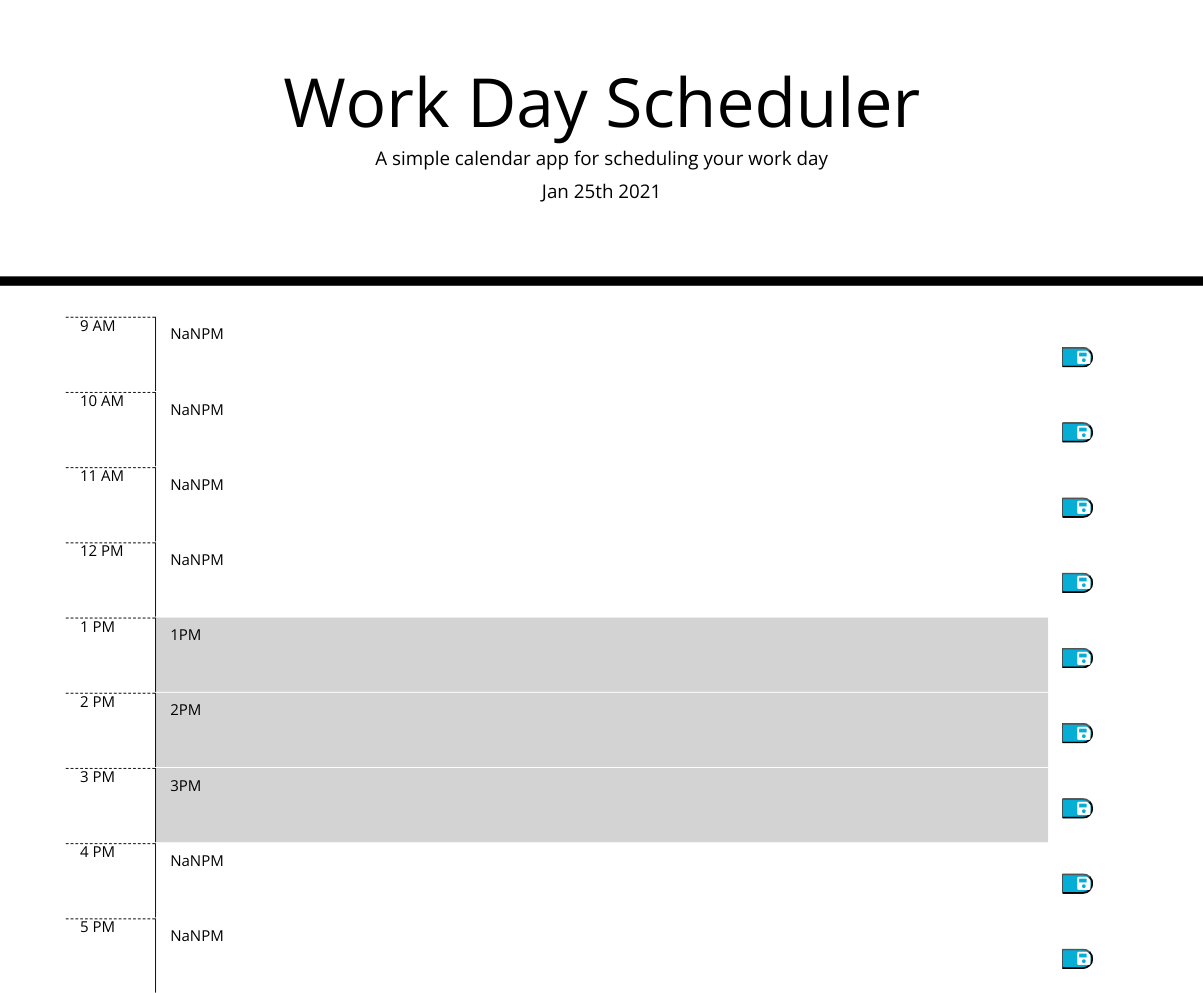
Repository: UPye/workDayScheduler
Page: index.html
The author's editor kept a copy of each file at every save. The page is drawn from the files as they stood at one save, then again after a run of saves.
The browser window is 1280 px wide. The pictures show the whole page, at 94% of full size.
Some web libraries are served in a nearby version.

Above is the page before, as saved 2021-01-25 21:59:43.

### index.html
<!DOCTYPE html>
<html lang="en">
  <head>
    <meta charset="UTF-8" />
    <meta name="viewport" content="width=device-width, initial-scale=1.0" />
    <meta http-equiv="X-UA-Compatible" content="ie=edge" />
    <link
      rel="stylesheet"
      href="https://stackpath.bootstrapcdn.com/bootstrap/4.3.1/css/bootstrap.min.css"
    />
    <link
      rel="stylesheet"
      href="https://use.fontawesome.com/releases/v5.8.1/css/all.css"
      integrity="sha384-50oBUHEmvpQ+1lW4y57PTFmhCaXp0ML5d60M1M7uH2+nqUivzIebhndOJK28anvf"
      crossorigin="anonymous"
    />
    <link
      href="https://fonts.googleapis.com/css?family=Open+Sans&display=swap"
      rel="stylesheet"
    />
    <link rel="stylesheet" href="./assets/CSS/style.css" />
    <title>Work Day Scheduler</title>
  </head>

  <body>
    <header class="jumbotron">
      <h1 class="display-3">Work Day Scheduler</h1>
      <p class="lead">A simple calendar app for scheduling your work day</p>
      <p id="currentDay" class="lead"></p>
    </header>

      <!-- Timeblocks go here -->
    <main class="container">
      <section class="row timeblocks" id="ls">
        <div class="col-1 hour">9 AM</div>
        <textarea id="hour-9" class="task col-10" name="server" autocomplete="off"></textarea>
        <div class="col-1 save">
          <button type="button" id="save-9" data-id="9" class="saveBtn col-1"><i class="fas fa-save"></i></button>
        </div>
      </section>
      <section class="row timeblocks">
        <div class="col-1 hour">10 AM</div>
        <textarea id="hour-10" class="col-10 task" placeholder="" autocomplete="off"></textarea>
        <div class="col-1 save">
          <button type="button" id="save-10" data-id="10" class="saveBtn col-1"><i class="fas fa-save"></i></button>
        </div>
      </section>
      <section class="row timeblocks">
        <div class="col-1 hour">11 AM</div>
        <textarea id="hour-11" class="col-10 task" placeholder="" autocomplete="off"></textarea>
        <div class="col-1 save">
          <button type="button" id="save-11" data-id="11" class="saveBtn col-1"><i class="fas fa-save"></i></button>
        </div>
      </section>
      <section class="row timeblocks">
        <div class="col-1 hour">12 PM</div>
        <textarea id="hour-12" class="col-10 task" placeholder="" autocomplete="off"></textarea>
        <div class="col-1 save">
          <button type="button" id="save-12" data-id="12" class="saveBtn col-1"><i class="fas fa-save"></i></button>
        </div>
      </section>
      <section class="row timeblocks">
        <div class="col-1 hour">1 PM</div>
        <textarea id="hour-1" data-id="1" class="task col-10" placeholder="" autocomplete="off"></textarea>
        <div class="col-1 save">
          <button type="button" id="save-1" data-id="1" class="saveBtn col-1"><i class="fas fa-save"></i></button>
        </div>
      </section>
      <section class="row timeblocks">
        <div class="col-1 hour">2 PM</div>
        <textarea id="hour-2" data-id="2" class="task col-10" placeholder="" autocomplete="off"></textarea>
        <div class="col-1 save">
          <button type="button" id="save-2" data-id="2" class="saveBtn col-1"><i class="fas fa-save"></i></button>
        </div>
      </section>
      <section class="row timeblocks">
        <div class="col-1 hour">3 PM</div>
        <textarea id="hour-3" data-id="3" class="task col-10" placeholder="" autocomplete="off"></textarea>
        <div class="col-1 save">
          <button type="button" id="save-3" data-id="3" class="saveBtn col-1"><i class="fas fa-save"></i></button>
        </div>
      </section>
      <section class="row timeblocks">
        <div class="col-1 hour">4 PM</div>
        <textarea id="hour-4" class="task col-10" placeholder="" autocomplete="off"></textarea>
        <div class="col-1 save">
          <button type="button" id="save-4" data-id="4" class="saveBtn col-1"><i class="fas fa-save"></i></button>
        </div>
      </section>
      <section class="row timeblocks">
        <div class="col-1 hour">5 PM</div>
        <textarea id="hour-5" class="task col-10" placeholder="" autocomplete="off"></textarea>
        <div class="col-1 save">
          <button type="button" id="save-5" data-id="5" class="saveBtn col-1"><i class="fas fa-save"></i></button>
        </div>
      </section>
    </div>

    <script src="https://code.jquery.com/jquery-3.4.1.min.js"></script>
    <script src="https://cdnjs.cloudflare.com/ajax/libs/moment.js/2.24.0/moment.min.js"></script>
    <script src="./assets/JS/script.js"></script>
  </body>
</html>

### assets/CSS/style.css
body {
  font-family: 'Open Sans', sans-serif;
  font-size: 16px;
  line-height: 1;
}

textarea {
  background: transparent;
  border: none;
  resize: none;
  color: #000000;
  border-left: 1px solid black;
  padding: 10px;
}

.jumbotron {
  text-align: center;
  background-color: transparent;
  color: black;
  border-radius: 0;
  border-bottom: 10px solid black;
}

.description {
  white-space: pre-wrap;
}

.time-block {
  text-align: center;
  border-radius: 15px;
}

.row {
  white-space: pre-wrap;
  height: 80px;
  border-top: 1px solid white;;
}

.hour {
  background-color: #ffffff;
  color: #000000;
  border-top: 1px dashed #000000;
}

.past {
  background-color: #d3d3d3;
  color: black;
}

.present {
  background-color: #ff6961;
  color: black;
}

.future {
  background-color: #77dd77;
  color: black;
}

.saveBtn {
  border-left: 1px solid black;
  border-top-right-radius: 15px;
  border-bottom-right-radius: 15px;
  background-size: 1px 100px;
  background-color: #06AED5;
  color: white;
}

.saveBtn i:hover {
  font-size: 20px;
  transition: all .3s ease-in-out;
}

### assets/JS/script.js
// Displays the date at the top
var date = moment().format("MMM Do YYYY");
$("#currentDay").text(date);

// Continually check for the time, in case task due dates are approaching
var currentTime = parseInt(moment().format("H"));
var aryTasks = [];


// Listens for click events on clickable items
$("button").on("click", function(event) {

    var calendarEntryId = $(this).attr("data-id");
    var calendarTextElement = "#hour-" + calendarEntryId;
    var calendarText = $(calendarTextElement).val();

    console.log(calendarText);

    var createObject = {
        hour: parseInt(calendarEntryId),
        task: calendarText
    };

    aryTasks.push(createObject);

    // Upload input to localStorage
    localStorage.setItem("taskData", JSON.stringify(aryTasks));
});

var updateInfo = function () {
    date = moment();
    datetime.html(date.format("dddd, MMMM Do YYYY, h:mm:ss a"));
};


// Check if task is in the past, present, or future
$("textarea").each(function() {
    var calendarTime = parseInt($(this).attr("data-id"));
        $(this).removeClass("past");
        $(this).removeClass("present");
        $(this).removeClass("future");

        // Get data from the localStorage
        if (calendarTime >= 9 && calendarTime <= 11){
            $(this).val(calendarTime + "AM");
        } else {
            $(this).val(calendarTime + "PM");
        }
        if (calendarTime < currentTime) {
            $(this).addClass("past");
        }
        else if (calendarTime === currentTime) {
            $(this).addClass("present");
        }
        else if (calendarTime > currentTime) {
            $(this).addClass("future");
        };
});

aryTasks = JSON.parse(localStorage.getItem("taskData")) || [];

var renderData = function() {
    for(i=0; i < aryTasks.length; i++) {
        let input = $("#hour-" + aryTasks[i].hour);
        input.val(aryTasks[i].task);
    }
};

renderData();

After the next 2 saves:
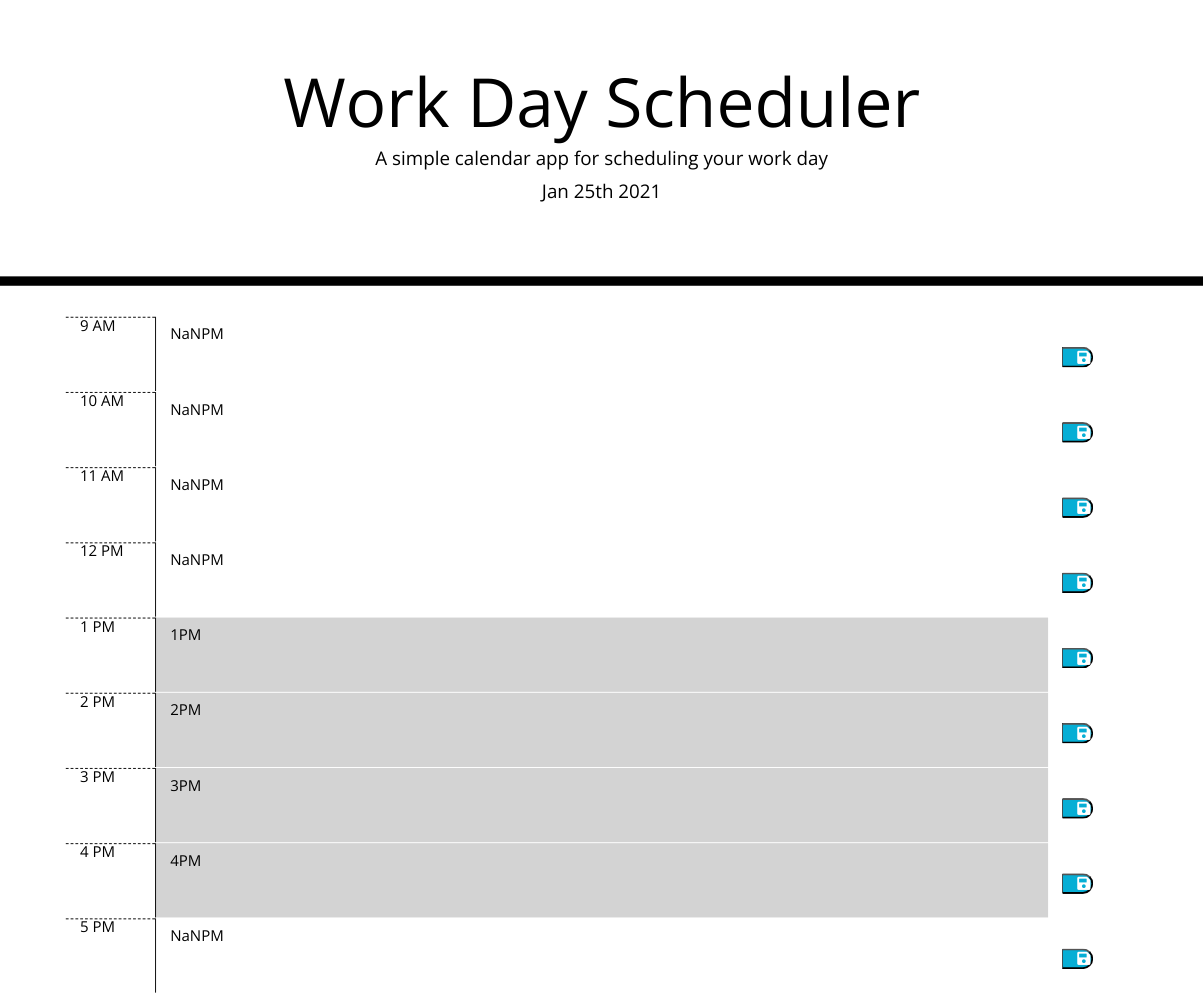
The 2 saves are shown as one change because they came seconds apart.
The last was saved 7 s later.
--- a/index.html
+++ b/index.html
@@ -82,7 +82,7 @@
       </section>
       <section class="row timeblocks">
         <div class="col-1 hour">4 PM</div>
-        <textarea id="hour-4" class="task col-10" placeholder="" autocomplete="off"></textarea>
+        <textarea id="hour-4" data-id="4" class="task col-10" placeholder="" autocomplete="off"></textarea>
         <div class="col-1 save">
           <button type="button" id="save-4" data-id="4" class="saveBtn col-1"><i class="fas fa-save"></i></button>
         </div>
